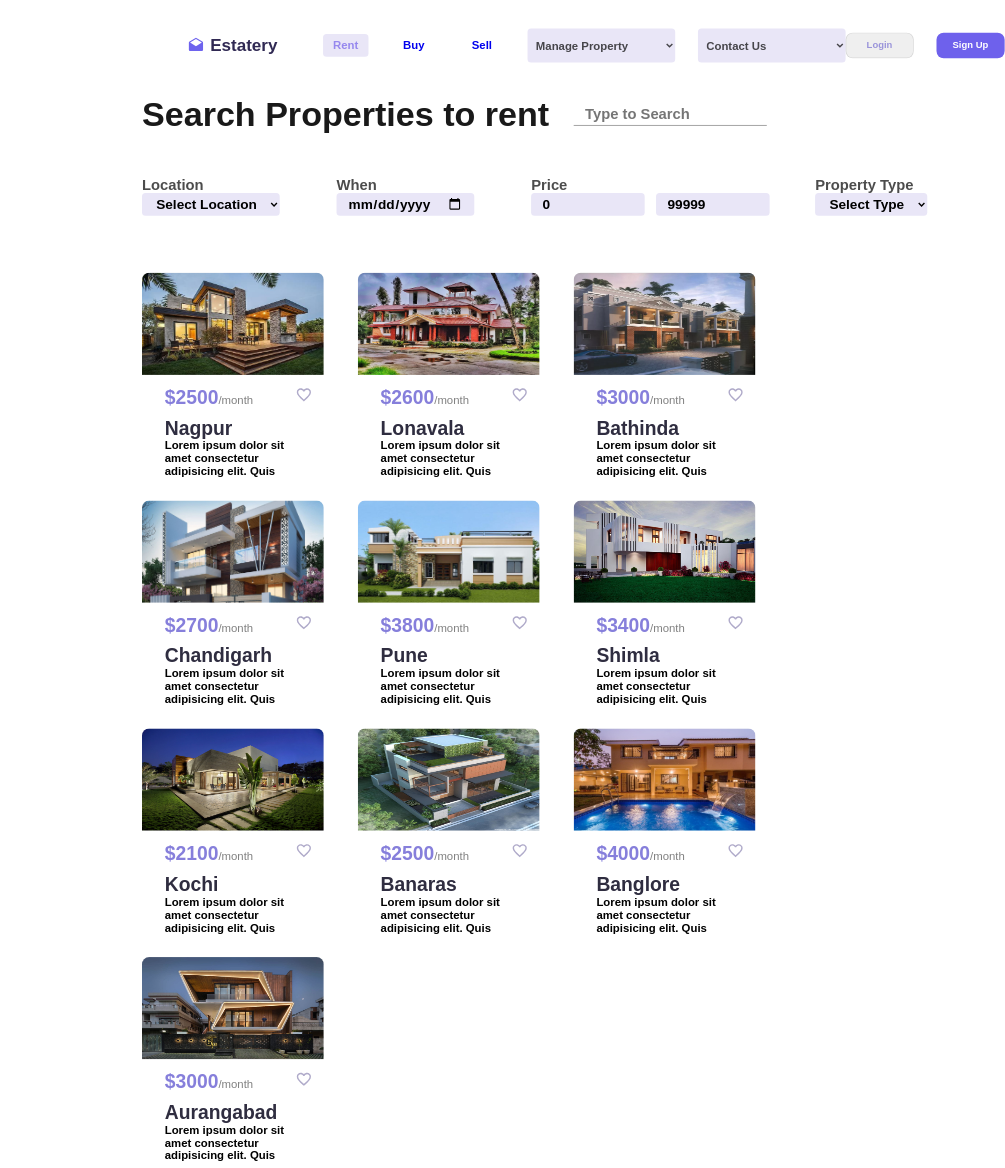
Repository: kapil4457/Reunion-Internship-Assignment
Page: /
The author's editor kept a copy of each file at every save. The page is drawn from the files as they stood at one save, then again after the next save.
The browser window is 1280 px wide. The page is 1415 px wide, so the pictures cover 1415 px, including what lies to the right of the window. The pictures show the whole page, at 71% of full size.
The project was rebuilt for these pictures with package versions that can differ from the ones it lists, and the page was loaded fresh each time. Also part of the build but not shown: src/App.css.

Above is the page before, as saved 2022-10-07 18:34:55.

After the next save:
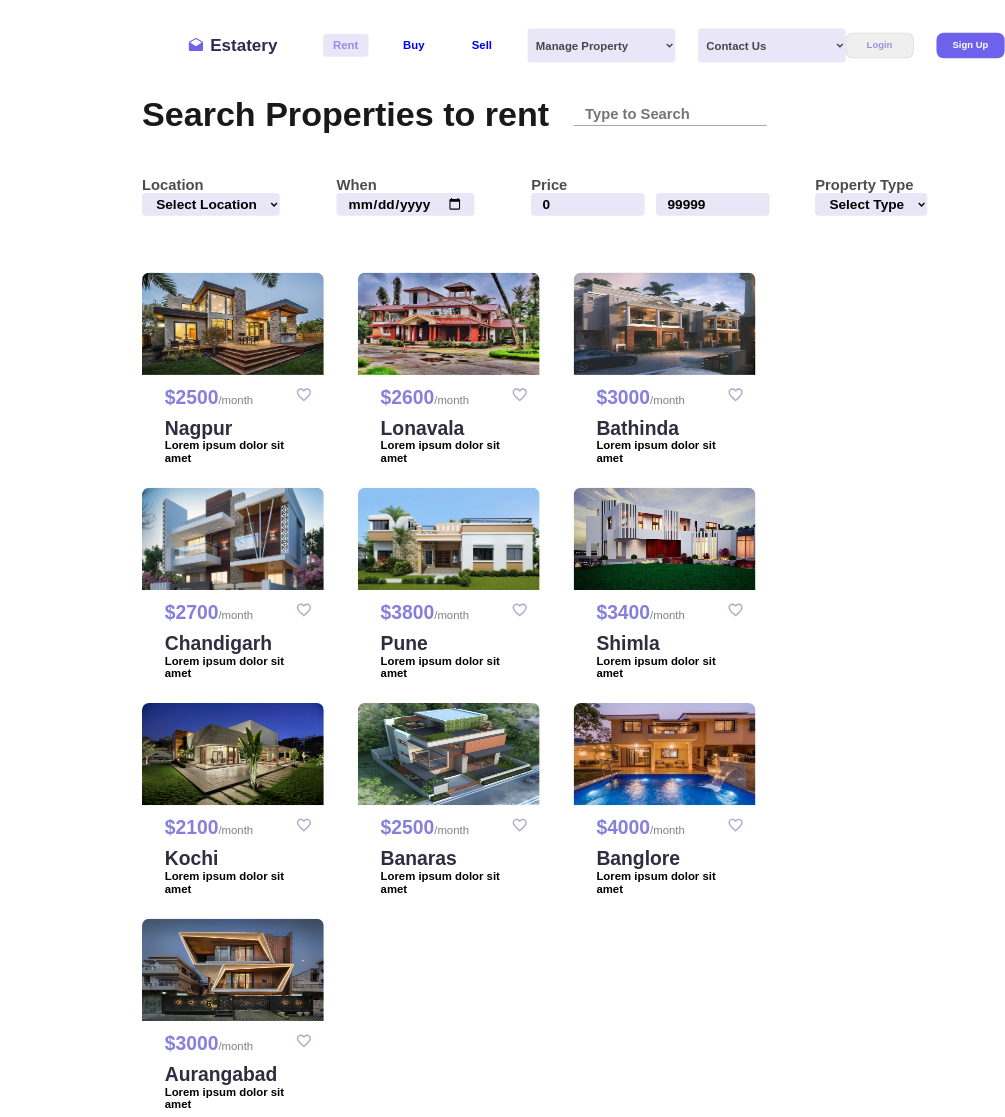
Saved 20 s later.
--- a/src/home.js
+++ b/src/home.js
@@ -3,7 +3,7 @@ export const home = [
         {
             state:"Nagpur",
             price:2500,
-            address:" Lorem ipsum dolor sit amet consectetur adipisicing elit. Quis",
+            address:" Lorem ipsum dolor sit amet ",
             bedCount:2,
             bathCount:2,
             area:"8x10",
@@ -15,7 +15,7 @@ export const home = [
         {
             state:"Lonavala",
             price:2600,
-            address:" Lorem ipsum dolor sit amet consectetur adipisicing elit. Quis",
+            address:" Lorem ipsum dolor sit amet ",
             bedCount:2,
             bathCount:2,
             area:"8x12",
@@ -28,7 +28,7 @@ export const home = [
         },     {
             state:"Bathinda",
             price:3000,
-            address:" Lorem ipsum dolor sit amet consectetur adipisicing elit. Quis",
+            address:" Lorem ipsum dolor sit amet ",
             bedCount:3,
             bathCount:2,
             area:"10x12",
@@ -41,7 +41,7 @@ export const home = [
         },     {
             state:"Chandigarh",
             price:2700,
-            address:" Lorem ipsum dolor sit amet consectetur adipisicing elit. Quis",
+            address:" Lorem ipsum dolor sit amet ",
             bedCount:2,
             bathCount:2,
             area:"10x10",
@@ -54,7 +54,7 @@ export const home = [
         },     {
             state:"Pune",
             price:3800,
-            address:" Lorem ipsum dolor sit amet consectetur adipisicing elit. Quis",
+            address:" Lorem ipsum dolor sit amet ",
             bedCount:3,
             bathCount:3,
             area:"8x10",
@@ -66,7 +66,7 @@ export const home = [
         },     {
             state:"Shimla",
             price:3400,
-            address:" Lorem ipsum dolor sit amet consectetur adipisicing elit. Quis",
+            address:" Lorem ipsum dolor sit amet ",
             bedCount:3,
             bathCount:2,
             area:"12x10",
@@ -79,7 +79,7 @@ export const home = [
         },     {
             state:"Kochi",
             price:2100,
-            address:" Lorem ipsum dolor sit amet consectetur adipisicing elit. Quis",
+            address:" Lorem ipsum dolor sit amet ",
             bedCount:2,
             bathCount:2,
             area:"9x10",
@@ -91,7 +91,7 @@ export const home = [
         },     {
             state:"Banaras",
             price:2500,
-            address:" Lorem ipsum dolor sit amet consectetur adipisicing elit. Quis",
+            address:" Lorem ipsum dolor sit amet ",
             bedCount:2,
             bathCount:2,
             area:"8x10",
@@ -104,7 +104,7 @@ export const home = [
         },     {
             state:"Banglore",
             price:4000,
-            address:" Lorem ipsum dolor sit amet consectetur adipisicing elit. Quis",
+            address:" Lorem ipsum dolor sit amet ",
             bedCount:3,
             bathCount:2,
             area:"10x14",
@@ -117,7 +117,7 @@ export const home = [
         },     {
             state:"Aurangabad",
             price:3000,
-            address:" Lorem ipsum dolor sit amet consectetur adipisicing elit. Quis",
+            address:" Lorem ipsum dolor sit amet ",
             bedCount:2,
             bathCount:2,
             area:"8x10",
